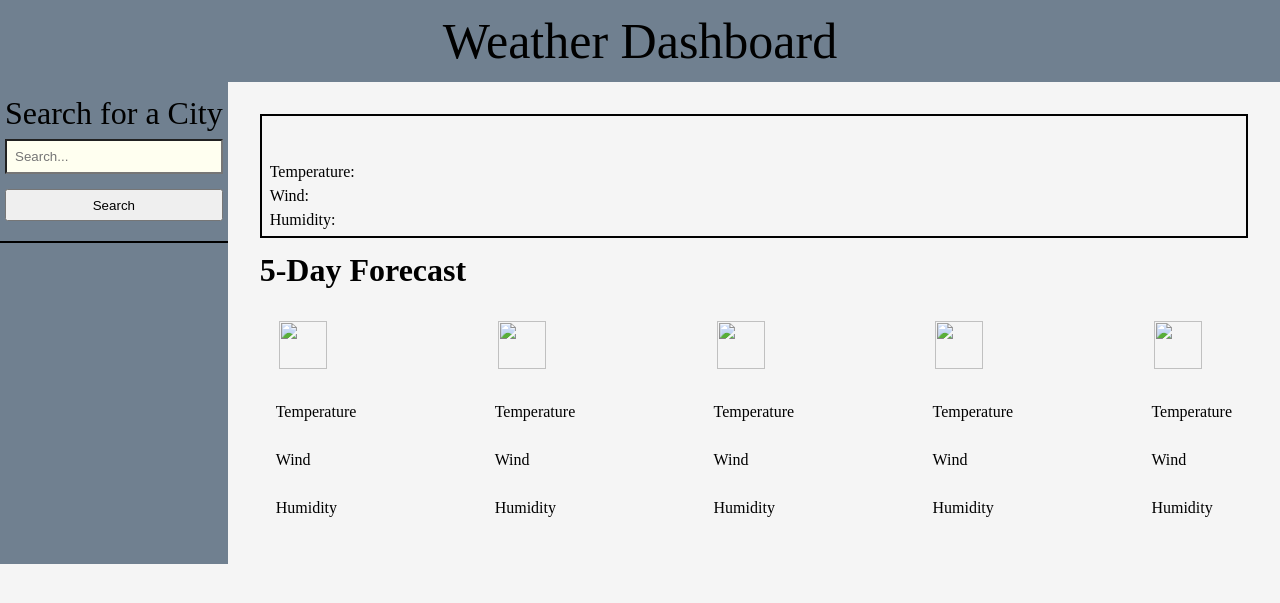
Repository: Pauldan1988/weather-dash
Page: index.html
The author's editor kept a copy of each file at every save. The page is drawn from the files as they stood at one save, then again after the next save.
The browser window is 1280 px wide. The pictures show the whole page.

Above is the page before, as saved 2023-01-16 11:34:04.

### index.html
<!DOCTYPE html>
<html lang="en">
  <head>
    <meta charset="UTF-8" />
    <meta http-equiv="X-UA-Compatible" content="IE=edge" />
    <meta name="viewport" content="width=device-width, initial-scale=1.0" />
    <link rel="stylesheet" href="./reset.css" />
    <link rel="stylesheet" href="./style.css" />
    <title>Document</title>
  </head>

  <body>
    <header>Weather Dashboard</header>
    <main>
      <section id="sidebar">
        <div>
          <form id="form">
            <label for="citysearch">Search for a City</label>
            <input
              type="search"
              id="citysearch"
              name="q"
              placeholder="Search..."
            />
            <button id="userInput">Search</button>
          </form>
        </div>

        <div id="saved-city-searches">
        </div>
      </section>

      <section id="search-results">
        <div id="current-weather">
          <p>
            <span id="currcity"></span>
            <span id="currdate"></span>
            <img id="curricon" src="" />
          </p>
          <p>Temperature: <span id="currtemp"></span></p>
          <p>Wind: <span id="currwind"></span></p>
          <p>Humidity: <span id="currhumid"></span></p>
        </div>
        <h2>5-Day Forecast</h2>
        <div id="five-day-forecast">
          <div id="day1">
            <img class="emoji" src="" />
            <span class="temp">Temperature</span>
            <span class="wind">Wind</span>
            <span class="humidity">Humidity</span>
          </div>
          <div id="day2">
            <img class="emoji" src="" />
            <span class="temp">Temperature</span>
            <span class="wind">Wind</span>
            <span class="humidity">Humidity</span>
          </div>
          <div id="day3">
            <img class="emoji" src="" />
            <span class="temp">Temperature</span>
            <span class="wind">Wind</span>
            <span class="humidity">Humidity</span>
          </div>
          <div id="day4">
            <img class="emoji" src="" />
            <span class="temp">Temperature</span>
            <span class="wind">Wind</span>
            <span class="humidity">Humidity</span>
          </div>
          <div id="day5">
            <img class="emoji" src="" />
            <span class="temp">Temperature</span>
            <span class="wind">Wind</span>
            <span class="humidity">Humidity</span>
          </div>
        </div>
      </section>
    </main>
  </body>
  <script src="./script.js"></script>
</html>

### style.css
main {
    display:flex;
    max-width: 100vw;
}

body {
    background-color: whitesmoke;
}

header {
    font-size: 50px;
    text-align: center;
    padding: 1rem 0;
    background-color:slategrey;
}

#sidebar {
    background-color: slategray;
}

#form {
    display:flex;
    flex-direction: column;
    font-size: 2rem;
    padding: 2rem 2rem 2rem 0;
    border-bottom: solid 2px black;
}

label {
    white-space: nowrap;
}

#form, input {
    margin-top: 10px;
    margin-bottom: 15px;
    padding: 5px;
}

input {
    background-color:ivory;
    color:black;
    padding: 0.5rem;
}

button {
    padding: 3px;
    margin-bottom: 15px;
    height: 2rem;
}

#saved-city-searches {
    display: flex;
    flex-direction: column;
    padding: 1rem;
    text-align: center;
    gap: 1.5rem;
}

/* #saved-city-searches >div {
    background-color: darkorange;
    padding: .5rem;
    user-select: none;
} */

/* #saved-city-searches >div:hover {
    cursor:pointer;
    background-color: blanchedalmond;
} */

#current-weather {
    display: flex;
    flex-direction: column;
    text-align: left;
    border: 2px solid black;
    padding: 0.5rem;
    gap: 0.5rem;
}

#currcity, #currdate, #curricon{
    font-size: 2rem;
    font-weight: bolder;
    margin: 3px;
}

#five-day-forecast {
    display: flex;
    justify-content: space-between;
}

#five-day-forecast >div {
    display: flex;
    flex-direction: column;
    padding: 1rem;
    background-color:;
    gap: 2rem;
    text-align: left;
    box-sizing: border-box;
}

.emoji {
    margin: 3px;
    display: inline;
    font-size :1rem;
    width: 3rem;
    height: 3rem;
}

h2 {
    font-size: 2rem;
    font-weight: bolder;
    padding: 1rem 0;
}

#search-results {
    width: 100%;
    padding: 1rem;
    margin: 1rem;
}

### script.js
var APIKey = "9ae95c4aaf533d72feba79f29994de45"
var baseURL = "https://api.openweathermap.org"
var geoURL = "/geo/1.0/direct?q="
var geoFiveURL = ""

async function getLatLong(cityName) {
    const latlon = await fetch(`${baseURL}${geoURL}${cityName},,US&limit=1&appid=${APIKey}`)
        .then(value => value.json())
        .then(value => {
            const { lat, lon } = value[0]
            return { lat, lon }
        })
        .catch(error => error)
    return latlon
}


const body = document.body
const formE1 = document.getElementById("form")
const spanCC = document.getElementById("currcity")
const spanCD = document.getElementById("currdate")
const imgCI = document.getElementById("curricon")
const spanCT = document.getElementById("currtemp")
const spanCW = document.getElementById("currwind")
const spanCH = document.getElementById("currhumid")
const userData = document.getElementById("userInput")


function currDisplay(todayWeather) {
    spanCC.textContent = todayWeather.name
    spanCT.textContent = todayWeather.main.temp
    imgCI.src = `http://openweathermap.org/img/wn/${todayWeather.weather[0].icon}.png`
    // Call the formatDate function and pass todayWeather.dt*1000 as a parameter
    spanCD.textContent = formatDate(todayWeather.dt * 1000)
    spanCW.textContent = todayWeather.wind.speed
    spanCH.textContent = todayWeather.main.humidity
}

const fiveDaydivCont = document.getElementById("five-day-forecast").children

function fiveDayDisplay(fiveDayWeather) {
    let currentDayIndex = 0
    for (let i = 6; i < fiveDayWeather.list.length; i += 8) {
        displayDayX(fiveDayWeather.list[i], currentDayIndex) // i represents the data point for the appropartate day
        currentDayIndex++  // This must be at the end
    }


    // displayDayX(fiveDayWeather.list[0], 0)
}

function displayDayX(weatherData, dayDisplayed) {
    const dayDiv = fiveDaydivCont[dayDisplayed].children
    dayDiv[0].src = `http://openweathermap.org/img/wn/${weatherData.weather[0].icon}.png`
    dayDiv[1].textContent += ": " + weatherData.main.temp
    dayDiv[2].textContent += ": " + weatherData.wind.speed
    dayDiv[3].textContent += ": " + weatherData.main.humidity
}

formE1.addEventListener("submit", async eventObject => {
    eventObject.preventDefault()
    var citySearch = eventObject.target.children[1].value
    var latlon = await getLatLong(citySearch)
    if (latlon.lat) {
        var todayWeather = await getWeather(latlon)
        const fiveDayWeather = await getFiveWeather(latlon)
        currDisplay(todayWeather)
        fiveDayDisplay(fiveDayWeather)
        storeSearch(citySearch)
        pullSearches()
    } else {
        alert(`${citySearch} Is an invalid search. Please check your spelling and search again.`)
    }
})

async function getWeather(latlon) {
    const fetchWeather = await fetch(`${baseURL}/data/2.5/weather?lat=${latlon.lat}&lon=${latlon.lon}&appid=${APIKey}&units=imperial`)
        .then(value => value.json())
        .catch(error => error)
    return fetchWeather
}

async function getFiveWeather(latlon) {
    const fetch5Weather = await fetch(`${baseURL}/data/2.5/forecast?lat=${latlon.lat}&lon=${latlon.lon}&appid=${APIKey}&units=imperial`)
        .then(value => value.json())
    return fetch5Weather
}


function formatDate(dateInMilli) {
    const date = new Date(dateInMilli)
    const months = ["January", "February", "March", "April", "May", "June", "July", "August", "September", "October", "November", "December"];
    const month = months[date.getMonth()]
    const year = date.getFullYear()
    const dayToday = date.getDate()
    return `${month} ${dayToday} ${year}`
}



function storeSearch(city) {
    window.localStorage.setItem(city, JSON.stringify(city))
}

function pullSearches() { // Also display buttons with previous searches made.
    // get rid of buttons already made and clear container
    const searches = Object.keys(localStorage)
    searches.forEach(city => {
        const savedSearchesEl = document.getElementById("saved-city-searches")
        const cityButton = document.createElement("button")
        savedSearchesEl.appendChild(cityButton)
        const displayHiddenB = cityButton.style.display
        if(displayHiddenB == "block") {
            cityButton.style.display = "none"
            savedSearchesEl.children = "show button"
        } else {
            cityButton.style.display = "block"
            savedSearchesEl.children = "hide button"
        }
    })
}

pullSearches()

// }
//Store latlon with cityName in local storage in submit event listener
    // create button element dynamicly assign text content(city)
    // append/add button to the button container

Loaded but not shown: reset.css (common file)

After the next save:
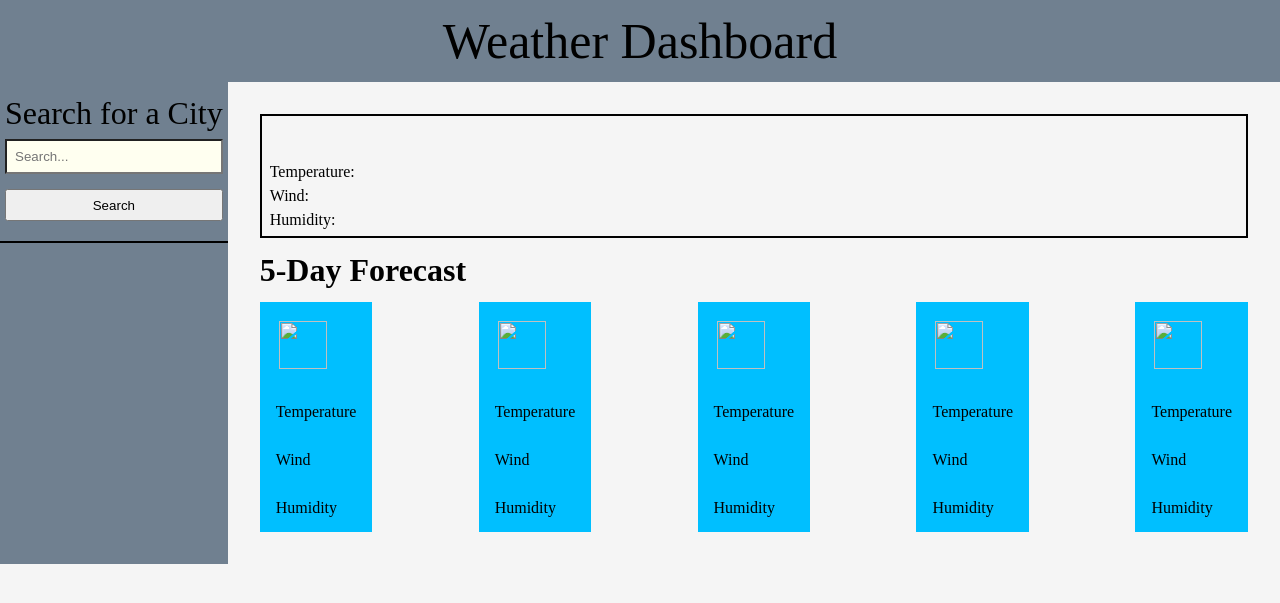
Saved 7 s later.
--- a/style.css
+++ b/style.css
@@ -91,7 +91,7 @@ button {
     display: flex;
     flex-direction: column;
     padding: 1rem;
-    background-color:;
+    background-color:deepskyblue;
     gap: 2rem;
     text-align: left;
     box-sizing: border-box;
